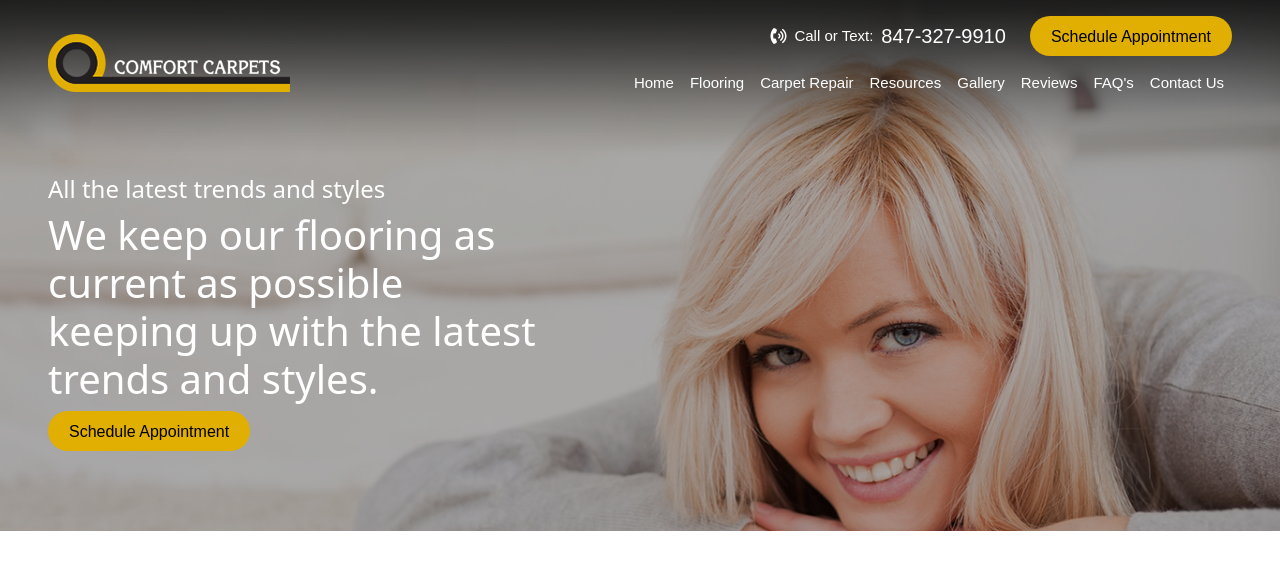
Repository: Ab-dur-Rehman/sscaseFolders
Page: index.html
The author's editor kept a copy of each file at every save. The page is drawn from the files as they stood at one save, then again after the next save.
The browser window is 1280 px wide. The pictures show the whole page.
Some web fonts or font styles are not loaded; a fallback is used.

Above is the page before, as saved 2022-12-20 20:26:54.

### index.html
<!doctype html>
<html lang="en">
  <head>
    <meta charset="utf-8">
    <meta name="viewport" content="width=device-width, initial-scale=1">
    <!-- Bootstrap CSS -->
    <link href="https://cdn.jsdelivr.net/npm/bootstrap@5.0.2/dist/css/bootstrap.min.css" rel="stylesheet" integrity="sha384-EVSTQN3/azprG1Anm3QDgpJLIm9Nao0Yz1ztcQTwFspd3yD65VohhpuuCOmLASjC" crossorigin="anonymous">
    <!-- Custom CSS -->
    <link rel="stylesheet" href="assets/css/style.css">
    <!-- FontAwesome -->
    <link rel="stylesheet" href="https://cdnjs.cloudflare.com/ajax/libs/font-awesome/6.2.1/css/all.min.css" integrity="sha512-MV7K8+y+gLIBoVD59lQIYicR65iaqukzvf/nwasF0nqhPay5w/9lJmVM2hMDcnK1OnMGCdVK+iQrJ7lzPJQd1w==" crossorigin="anonymous" referrerpolicy="no-referrer" />
    <!-- JQuery -->
    <script src="https://code.jquery.com/jquery-3.6.1.min.js" integrity="sha256-o88AwQnZB+VDvE9tvIXrMQaPlFFSUTR+nldQm1LuPXQ=" crossorigin="anonymous"></script>
    <!-- Bootstrap JS -->
    <script src="https://cdn.jsdelivr.net/npm/bootstrap@5.0.2/dist/js/bootstrap.bundle.min.js" integrity="sha384-MrcW6ZMFYlzcLA8Nl+NtUVF0sA7MsXsP1UyJoMp4YLEuNSfAP+JcXn/tWtIaxVXM" crossorigin="anonymous"></script>
    <!-- Custom Scripts -->
    <script type="module" src="assets/js/script.js"></script>

    <title>Comfort Carpets</title>
  </head>
  <body>
    <div class="col-lg-12 mx-auto main-wrapper">

      <header class="py-3 px-5 header-top">
        <div class="header-top-inner row gx-0 max-content d-flex flex-row align-items-center">
          <div class="col-md-3 logo-top mx-0 px-0">
            <a href="#"><img src="assets/images/logo.png" alt="logo"/></a>
          </div>
          <div class="col-md-9 header-left mx-0 px-0 py-0">
            <div class="top-call-info">
              <div class="top-call-info-inner d-flex flex-row justify-content-end align-items-center">
                <div class="top-call-info-inner-left px-4 d-flex flex-row align-items-center">
                  <i class="fa fa-volume-control-phone" aria-hidden="true"></i>
                  <span class="call-text px-2">Call or Text: </span>
                  <span class="call-number">847-327-9910</span>
                </div>
                <div class="top-call-info-inner-right">
                  <button type="button" class="btn btn-appointment">Schedule Appointment</button>
                </div>
              </div>
            </div>
            <div class="main-nav-wrapper">
              <nav class="navbar navbar-expand-lg navbar-light">
                <div class="container-fluid justify-content-end">
                  <button class="navbar-toggler" type="button" data-bs-toggle="collapse" data-bs-target="#navbarNav" aria-controls="navbarNav" aria-expanded="false" aria-label="Toggle navigation">
                    <span class="navbar-toggler-icon"></span>
                  </button>
                  <div class="collapse navbar-collapse justify-content-end" id="navbarNav">
                    <ul class="navbar-nav text-end">
                      <li class="nav-item">
                        <a class="nav-link active" aria-current="page" href="#">Home</a>
                      </li>
                      <li class="nav-item">
                        <a class="nav-link" href="#">Flooring</a>
                      </li>
                      <li class="nav-item">
                        <a class="nav-link" href="#">Carpet Repair</a>
                      </li>
                      <li class="nav-item">
                        <a class="nav-link" href="#">Resources</a>
                      </li>
                      <li class="nav-item">
                        <a class="nav-link" href="#">Gallery</a>
                      </li>
                      <li class="nav-item">
                        <a class="nav-link" href="#">Reviews</a>
                      </li>
                      <li class="nav-item">
                        <a class="nav-link" href="#">FAQ's</a>
                      </li>
                      <li class="nav-item">
                        <a class="nav-link" href="#">Contact Us</a>
                      </li>
                    </ul>
                  </div>
                </div>
              </nav>
            </div>
          </div>
        </div>
        <div class="header-bottom row gx-0 max-content d-flex flex-row align-items-center py-5 my-3">
          <div class="col-md-5 banner-text mx-0 px-0">
            <div class="banner-text-inner">
              <h4 class="banner-title">All the latest trends and styles</h4>
              <h1 class="banner-sub">We keep our flooring as current as possible keeping up with the latest trends and styles.</h1>
              <div class="top-call-info-inner-right">
                <button type="button" class="btn btn-appointment">Schedule Appointment</button>
              </div>
          </div>
          <div class="col-md-7 mx-0 px-0"></div>
        </div>
      </header>

      <content class="col-12 main-content">

      </content>
      <footer class="row gx-0 py-3 px-5 footer-wrapper text-center mt-5">

      </footer>
    </div>
  </body>
</html>

### assets/css/style.css
@import url('https://fonts.googleapis.com/css2?family=Amiko:wght@400;600;700&family=Chivo:wght@400;500;600;700&display=swap');


img { width:100%;}
body { color:#fff;}

/* font-family: 'Amiko', sans-serif;
font-family: 'Chivo', sans-serif; */

.logo-top img {
    max-width: 242px;
}
.max-content {
    max-width: 1200px;
    margin: 0 auto;
    width: 100%;
}
.header-top {
    background:url(../images/bnr.png);
    background-position: top center;
    background-repeat: no-repeat;
    background-size:cover;
}
.btn-appointment {
    background: #e1af02;
    color: #000;
    font-family: 'Amiko', sans-serif;
    padding: 12px 20px 10px 20px;
    border-radius: 5px;
    font-size: 16px;
    font-weight: 500;
    border-radius: 40px;
    line-height: 1;
}
.call-text {
    font-size: 15px;
    font-weight: 400;
    font-family: 'Amiko', sans-serif;
    color: #fff;
}
.call-number {
    font-size: 20px;
    font-weight: 500;
    font-family: 'Chivo', sans-serif;
    color: #fff;
}
.nav-link {
    font-size: 15px;
    font-weight: 400;
    font-family: 'Amiko', sans-serif;
    color: #fff!important;
}


/* //Responsive */

@media only screen and (max-width: 1350px) {

}

@media only screen and (max-width: 1262px) and (min-width: 1024px) {

}
@media only screen and (max-width: 1023px) {

}
@media only screen and (max-width: 982px) {

}
@media only screen and (max-width: 685px) {

}
@media only screen and (max-width: 576px) {

}

### assets/js/script.js
//doughnut
// var ctxD = document.getElementById("doughnutChart").getContext('2d');
// var ctxD2 = document.getElementById("doughnutChart2").getContext('2d');
// var myLineChart = new Chart(ctxD, {
//   type: 'doughnut',
//   data: {
//     labels: ["Red", "Green"],
//     datasets: [{
//       data: [25, 75],
//       backgroundColor: ["#F7464A", "#46BFBD"],
//       hoverBackgroundColor: ["#FF5A5E", "#5AD3D1"]
//     }]
//   },
//   options: {
//   	responsive: true
//   }
// });

// var myLineChart2 = new Chart(ctxD2, {
//     type: 'doughnut',
//     data: {
//       labels: ["Red", "Green"],
//       datasets: [{
//         data: [25, 75],
//         backgroundColor: ["#F7464A", "#46BFBD"],
//         hoverBackgroundColor: ["#FF5A5E", "#5AD3D1"]
//       }]
//     },
//     options: {
//         responsive: true
//     }
//   });

$(".option-icon-right input:checkbox").change(function(){
    $(this).closest("li").toggleClass('selected', this.checked);
    $('li.selected .option-icon-right label span').text('On');
    $('li:not(.selected) .option-icon-right label span').text('Off');
});

After the next save:
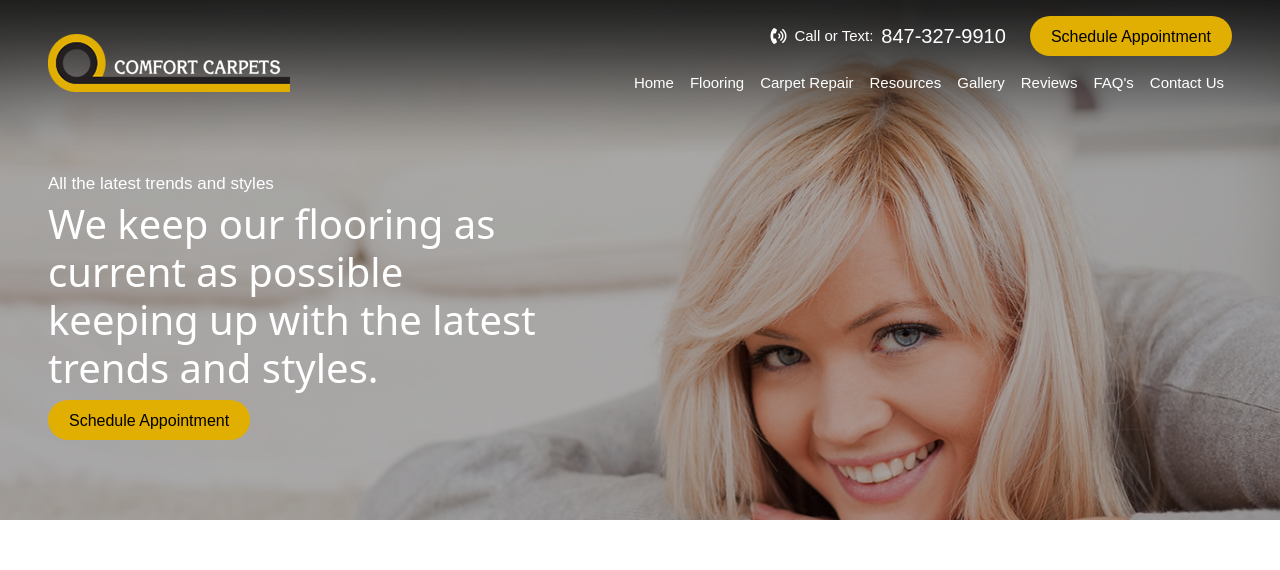
Saved 58 s later.
--- a/assets/css/style.css
+++ b/assets/css/style.css
@@ -51,6 +51,14 @@
     color: #fff!important;
 }
 
+.banner-title {
+    font-size: 17px;
+    font-weight: 500;
+    font-family: 'Amiko', sans-serif;
+    color: #fff;
+    line-height: 1;
+}
+
 
 /* //Responsive */
 
